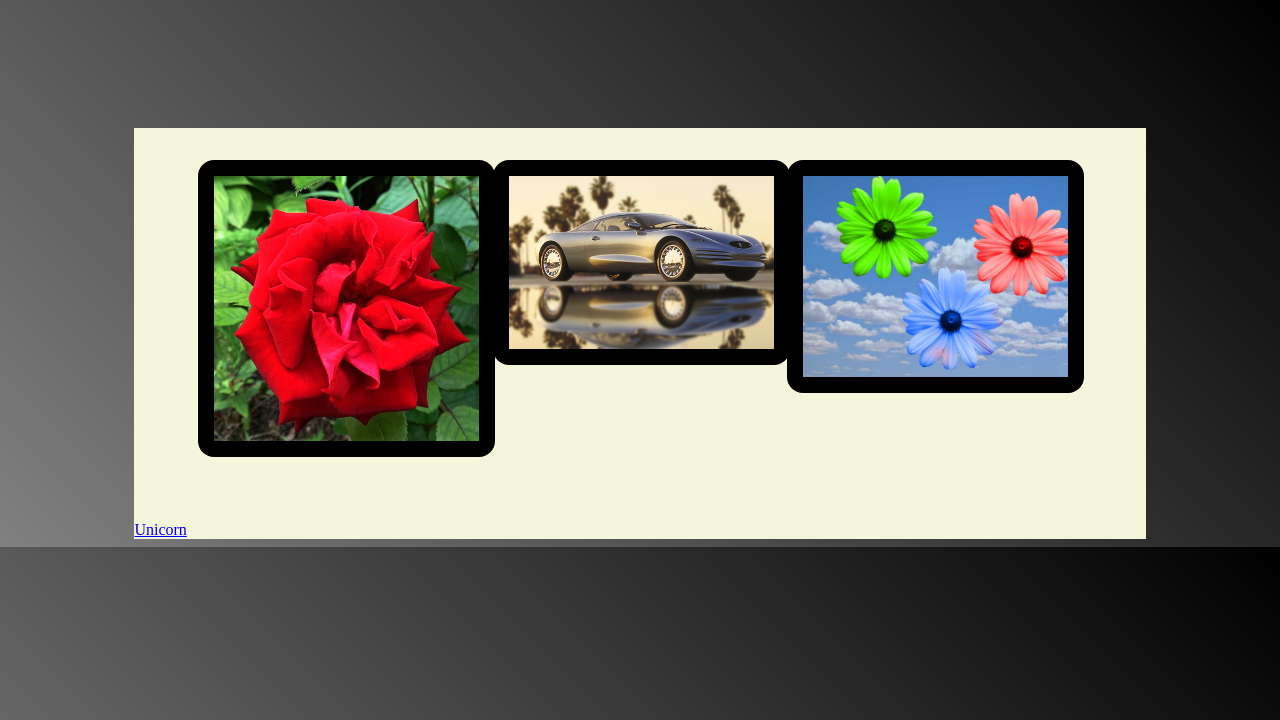
Repository: ViggoSkj/VGY
Page: ovningar/photoshopovning/photoshopovning.html
These files come from the project's save history. The page is drawn as it stood at one moment and after the next save; the edit follows.
The browser window is 1280 px wide. The pictures show the whole page.

Above is the page before, as saved 2022-11-27 12:08:01.

After the next save:
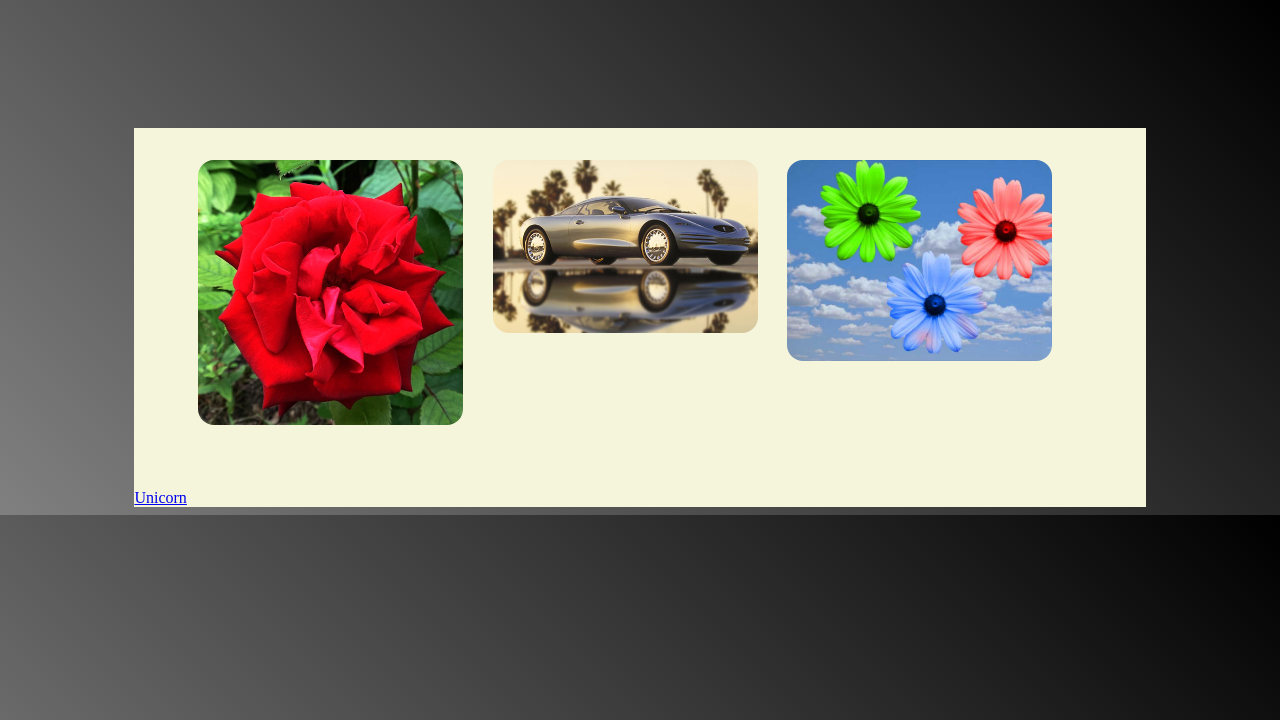
Saved 10 s later.
--- a/ovningar/photoshopovning/public/css/style.css
+++ b/ovningar/photoshopovning/public/css/style.css
@@ -14,8 +14,6 @@ body
 img
 {
     width: 90%;
-    padding: 1em;
-    background-color: black;
     border-radius: 1em;
 }
 
